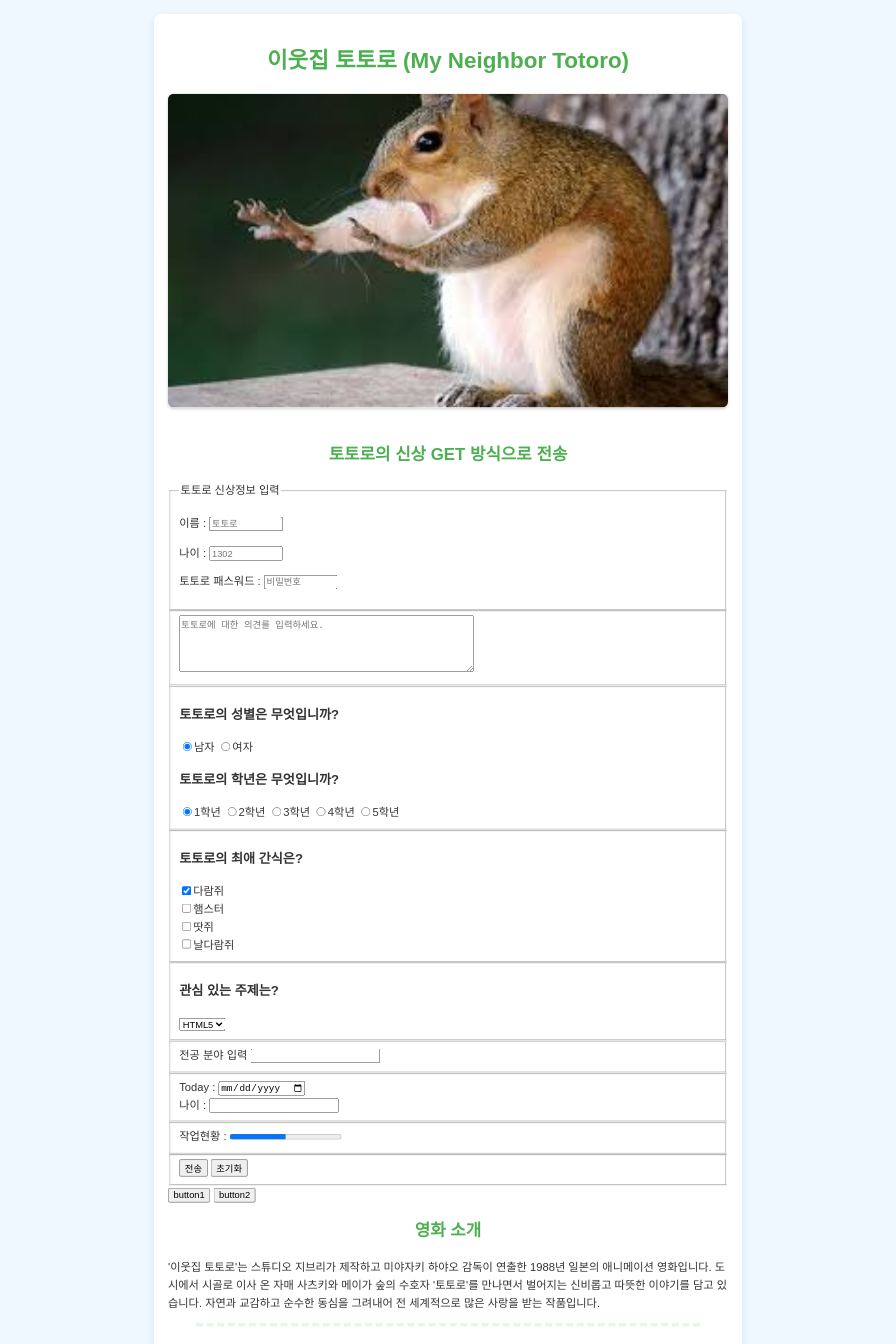
Repository: hsaar/jsworkplace
Page: http://localhost/testjsp/html/test02.jsp
The author's editor kept a copy of each file at every save. The page is drawn from the files as they stood at one save, then again after the next save.
The browser window is 1280 px wide. The pictures show the part of the page from y = 0 to 1920 px (the page is 3043 px tall), at 70% of full size.
The page is served by Tomcat 9.

Above is the page before, as saved 2025-08-22 03:54:37.

After the next save:
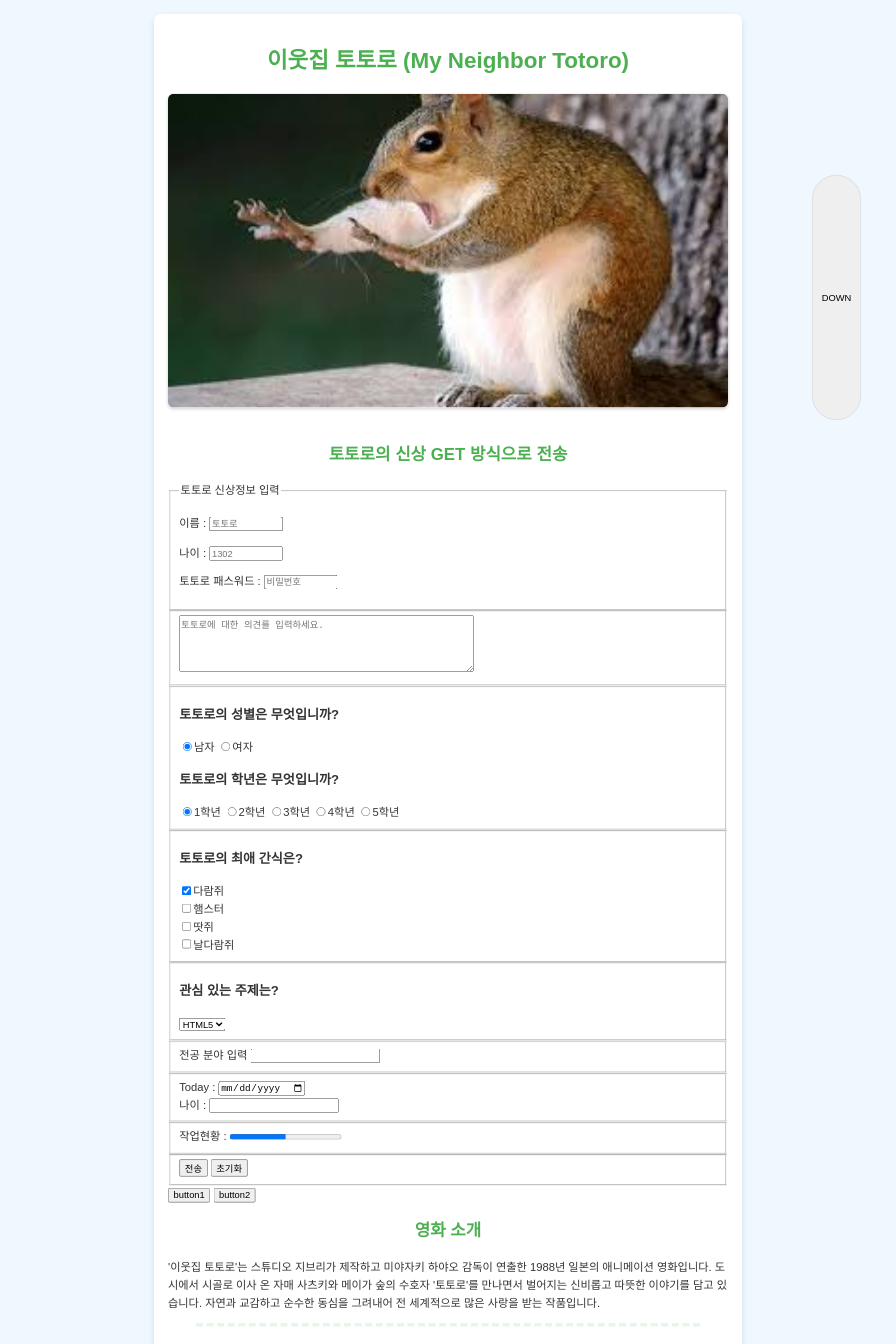
Saved 21 s later.
--- a/testjsp/src/main/webapp/html/test02.jsp
+++ b/testjsp/src/main/webapp/html/test02.jsp
@@ -68,6 +68,12 @@
         }
         #up,#down{
         	position: absolute;
+      	 	width: 70px;
+        	height: 350px;
+        	right: 50px;
+        	border-radius: 70px;
+        	top: 250px;
+        	border: 1px solid #dddddd;
         }
     </style>
     <script src="https://code.jquery.com/jquery-latest.min.js"></script>
